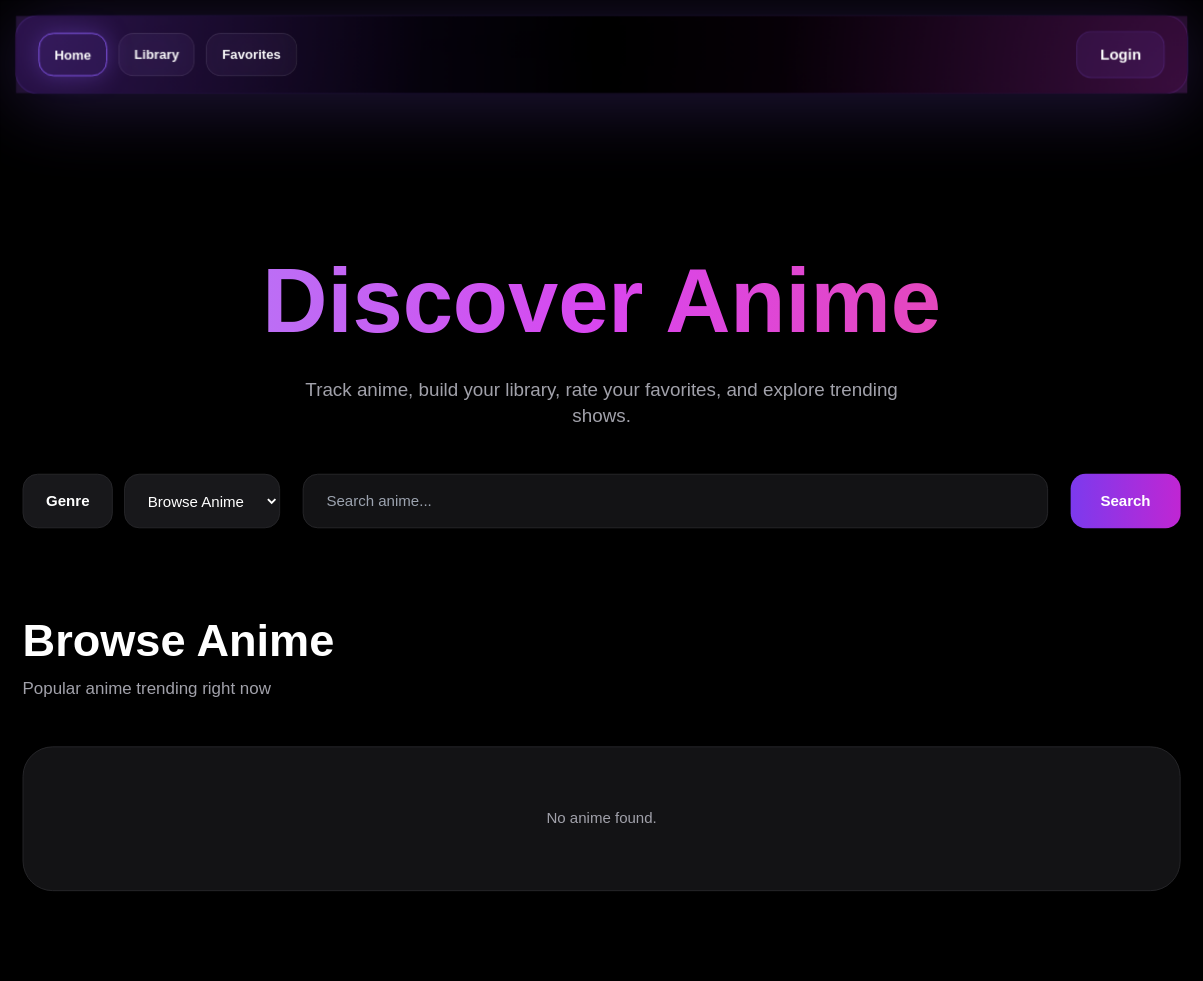
Repository: Maykal-Projects/Otakuflow
Page: /
An editor plug-in stored every save of this project. The page is shown before and after the next save, followed by the edit.
The browser window is 1280 px wide. The pictures show the whole page, at 94% of full size.
The page's requests for data from a server got no answer. The project was rebuilt for these pictures with package versions that can differ from the ones it lists, and the page was loaded fresh each time. The framework's server and built-in components were replaced by stand-ins that run in the browser. No one was signed in, and anything a server would have sent is missing. Also part of the build but not shown: next.config.ts, components/AnimeCard.tsx.

Above is the page before, as saved 2026-05-30 16:18:58.

### app/layout.tsx
import "./globals.css";

import type { Metadata } from "next";

import { Toaster } from "react-hot-toast";

export const metadata = {

  title: "Otakuflorist",

  applicationName:
    "Otakuflorist",

  description:
    "Track anime, build your library and discover trending shows.",

};

export const viewport = {
  themeColor: "#07010f",
  colorScheme: "dark",
  viewportFit: "cover",
};

export default function RootLayout({
  children,
}: Readonly<{
  children: React.ReactNode;
}>) {
  return (
    <html
  lang="en"
  suppressHydrationWarning
>
      <body className="bg-[#07010f]">
        {children}

        <Toaster
  position="top-center"
  toastOptions={{
    duration: 2500,

    style: {
      background:
        "rgba(15,15,20,0.95)",

      color: "#fff",

      border:
        "1px solid rgba(255,255,255,0.08)",

      borderRadius:
        "22px",

      padding:
        "18px 22px",

      backdropFilter:
        "blur(18px)",

      fontWeight:
        "800",

      boxShadow:
        "0 10px 60px rgba(0,0,0,0.5)",
    },

    success: {
      iconTheme: {
        primary:
          "#a855f7",
        secondary:
          "#fff",
      },
    },
  }}
/>
      </body>
    </html>
  );
}

### app/globals.css
@tailwind base;
@tailwind components;
@tailwind utilities;

html,
body {
  background: #07010f !important;
  color: white;
  font-family: Arial, Helvetica, sans-serif;
  min-height: 100%;
  width: 100%;
  overflow-x: hidden;
  overflow-y: auto;
}

body {
  position: relative;
}

@keyframes spinSlow {
  from {
    transform: rotate(0deg);
  }

  to {
    transform: rotate(360deg);
  }
}

.animate-spin-slow {
  animation: spinSlow 8s linear infinite;
}

### components/Navbar.tsx
"use client";

import Link from "next/link";
import { Menu, X } from "lucide-react";

import {
  usePathname,
} from "next/navigation";

import {
  useEffect,
  useState,
} from "react";

import { supabase } from "@/lib/supabase";

export default function Navbar() {

  const pathname =
    usePathname();

  const [user, setUser] =
    useState<any>(null);

  const [mobileMenu, setMobileMenu] =
    useState(false);

  useEffect(() => {

    async function getUser() {

      const {
        data: { user },
      } =
        await supabase.auth.getUser();

      setUser(user);
    }

    getUser();

  }, []);

  async function logout() {

    await supabase.auth.signOut();

    window.location.href =
      "/login";
  }

  function navClass(
    path: string
  ) {

    const active =
      pathname === path;

    return `px-4 py-3 rounded-2xl transition font-semibold text-sm ${
      active
        ? "bg-violet-500/10 border border-violet-500 text-white shadow-[0_0_25px_rgba(139,92,246,0.35)]"
        : "bg-white/[0.03] border border-white/10 backdrop-blur-2xl hover:bg-white/[0.06]"
    }`;
  }

  return (

    <header className="fixed top-0 left-0 w-full z-[999999] px-4 pt-4">

      <nav className="mx-auto w-full max-w-[1700px] rounded-3xl border border-violet-500/20 bg-gradient-to-r from-violet-950/40 via-black/40 to-fuchsia-950/30 backdrop-blur-3xl shadow-[0_10px_80px_rgba(139,92,246,0.25)] overflow-visible relative">

        {/* GLOW */}
        <div className="absolute inset-0 pointer-events-none bg-[radial-gradient(circle_at_top_left,rgba(168,85,247,0.18),transparent_35%),radial-gradient(circle_at_bottom_right,rgba(217,70,239,0.18),transparent_35%)]" />

        <div className="relative z-10 px-3 sm:px-6 py-3 sm:py-4">

          {/* DESKTOP */}
          <div className="hidden sm:flex items-center justify-between gap-3">

            {/* LEFT */}
            <div className="flex items-center gap-3">

              <Link
                href="/"
                className={navClass("/")}
              >
                Home
              </Link>

              <Link
                href="/library"
                className={navClass("/library")}
              >
                Library
              </Link>

              <Link
                href="/favorites"
                className={navClass("/favorites")}
              >
                Favorites
              </Link>

            </div>

            {/* RIGHT */}
            <div className="flex items-center gap-3">

              {user && (

                <Link
                  href="/profile"
                  className={`${navClass(
                    "/profile"
                  )} flex items-center gap-2`}
                >

                  <img
                    src={
                      user.user_metadata
                        ?.avatar_url ||
                      "/default-avatar.png"
                    }
                    alt=""
                    className="w-10 h-10 rounded-full object-cover border border-violet-500/20"
                  />

                  <span>
                    Profile
                  </span>

                </Link>

              )}

              {user ? (

                <button
                  onClick={logout}
                  className="bg-red-500/10 hover:bg-red-500/20 border border-red-500/20 px-6 py-3 rounded-2xl font-semibold transition"
                >
                  Logout
                </button>

              ) : (

                <Link
                  href="/login"
                  className="bg-violet-500/10 hover:bg-violet-500/20 border border-violet-500/20 px-6 py-3 rounded-2xl font-semibold transition"
                >
                  Login
                </Link>

              )}

            </div>
          </div>

          {/* MOBILE */}
          <div className="sm:hidden">

            {/* TOP BAR */}
            <div className="flex items-center justify-between">

              <h1 className="text-lg font-black bg-gradient-to-r from-violet-400 to-fuchsia-500 bg-clip-text text-transparent">
                Anime
              </h1>

              <button
                type="button"
                onClick={() =>
                  setMobileMenu(
                    !mobileMenu
                  )
                }
                className="p-2 rounded-xl border border-white/10 bg-white/[0.03] active:scale-95 transition"
              >

                {mobileMenu ? (
                  <X size={22} />
                ) : (
                  <Menu size={22} />
                )}

              </button>

            </div>

            {/* DROPDOWN */}
            {mobileMenu && (

              <div className="mt-4 flex flex-col gap-3 rounded-3xl border border-white/10 bg-black/90 backdrop-blur-3xl p-3 shadow-[0_20px_80px_rgba(0,0,0,0.45)] animate-in fade-in slide-in-from-top-2 duration-300">

                <Link
                  href="/"
                  className={navClass("/")}
                  onClick={() =>
                    setMobileMenu(false)
                  }
                >
                  Home
                </Link>

                <Link
                  href="/library"
                  className={navClass("/library")}
                  onClick={() =>
                    setMobileMenu(false)
                  }
                >
                  Library
                </Link>

                <Link
                  href="/favorites"
                  className={navClass("/favorites")}
                  onClick={() =>
                    setMobileMenu(false)
                  }
                >
                  Favorites
                </Link>

                {user && (

                  <Link
                    href="/profile"
                    className={`${navClass(
                      "/profile"
                    )} flex items-center gap-2`}
                    onClick={() =>
                      setMobileMenu(false)
                    }
                  >

                    <img
                      src={
                        user.user_metadata
                          ?.avatar_url ||
                        "/default-avatar.png"
                      }
                      alt=""
                      className="w-10 h-10 rounded-full object-cover border border-violet-500/20"
                    />

                    <span>
                      Profile
                    </span>

                  </Link>

                )}

                {user ? (

                  <button
                    onClick={logout}
                    className="bg-red-500/10 hover:bg-red-500/20 border border-red-500/20 px-4 py-3 rounded-2xl font-semibold transition text-left"
                  >
                    Logout
                  </button>

                ) : (

                  <Link
                    href="/login"
                    className="bg-violet-500/10 hover:bg-violet-500/20 border border-violet-500/20 px-4 py-3 rounded-2xl font-semibold transition"
                    onClick={() =>
                      setMobileMenu(false)
                    }
                  >
                    Login
                  </Link>

                )}

              </div>

            )}

          </div>

        </div>

      </nav>

    </header>
  );
}

### lib/anilist.ts
export async function searchAnime(
  search: string,
  genre?: string
) {
  try {
    const response = await fetch(
      `https://api.jikan.moe/v4/anime?q=${search}`
    );

    const json =
      await response.json();

    let anime =
      json.data || [];

    if (genre) {
      anime = anime.filter(
        (item: any) =>
          item.genres?.some(
            (g: any) =>
              g.name === genre
          )
      );
    }

    return anime;
  } catch (error) {
    console.error(error);

    return [];
  }
}

export async function getAnimeFeed(
  sortType: string,
  genre?: string
) {
  try {
    let endpoint =
      "https://api.jikan.moe/v4/seasons/now";

    // TOP RATED
    if (
      sortType ===
      "SCORE_DESC"
    ) {
      endpoint =
        "https://api.jikan.moe/v4/top/anime";
    }

    const response = await fetch(
      endpoint
    );

    const json =
      await response.json();

    let anime =
      json.data || [];

    if (genre) {
      anime = anime.filter(
        (item: any) =>
          item.genres?.some(
            (g: any) =>
              g.name === genre
          )
      );
    }

    return anime;
  } catch (error) {
    console.error(error);

    return [];
  }
}

### lib/supabase.ts
import { createClient } from "@supabase/supabase-js";

const supabaseUrl =
  process.env.NEXT_PUBLIC_SUPABASE_URL || "";

const supabaseAnonKey =
  process.env.NEXT_PUBLIC_SUPABASE_ANON_KEY || "";

export const supabase = createClient(
  supabaseUrl,
  supabaseAnonKey
);

Loaded but not shown: tailwind.config.js (11 lines, source omitted); app/page.tsx (1062 lines, source omitted)

After the next save:
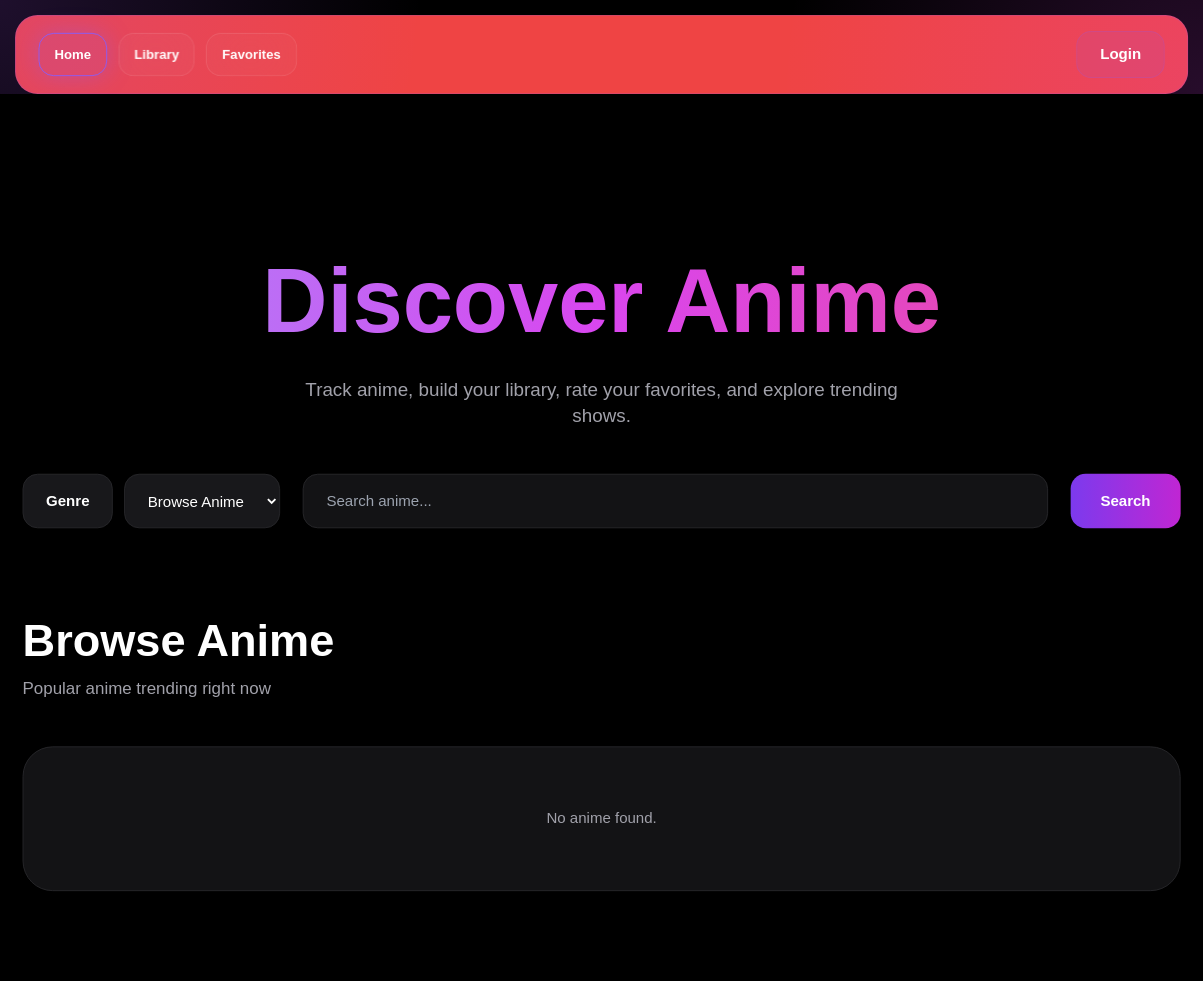
Saved 6 min 38 s later.
--- a/components/Navbar.tsx
+++ b/components/Navbar.tsx
@@ -67,7 +67,7 @@ export default function Navbar() {
 
     <header className="fixed top-0 left-0 w-full z-[999999] px-4 pt-4">
 
-      <nav className="mx-auto w-full max-w-[1700px] rounded-3xl border border-violet-500/20 bg-gradient-to-r from-violet-950/40 via-black/40 to-fuchsia-950/30 backdrop-blur-3xl shadow-[0_10px_80px_rgba(139,92,246,0.25)] overflow-visible relative">
+      <nav className="mx-auto w-full max-w-[1700px] rounded-3xl border border-violet-500/20 bg-red-500">
 
         {/* GLOW */}
         <div className="absolute inset-0 pointer-events-none bg-[radial-gradient(circle_at_top_left,rgba(168,85,247,0.18),transparent_35%),radial-gradient(circle_at_bottom_right,rgba(217,70,239,0.18),transparent_35%)]" />
